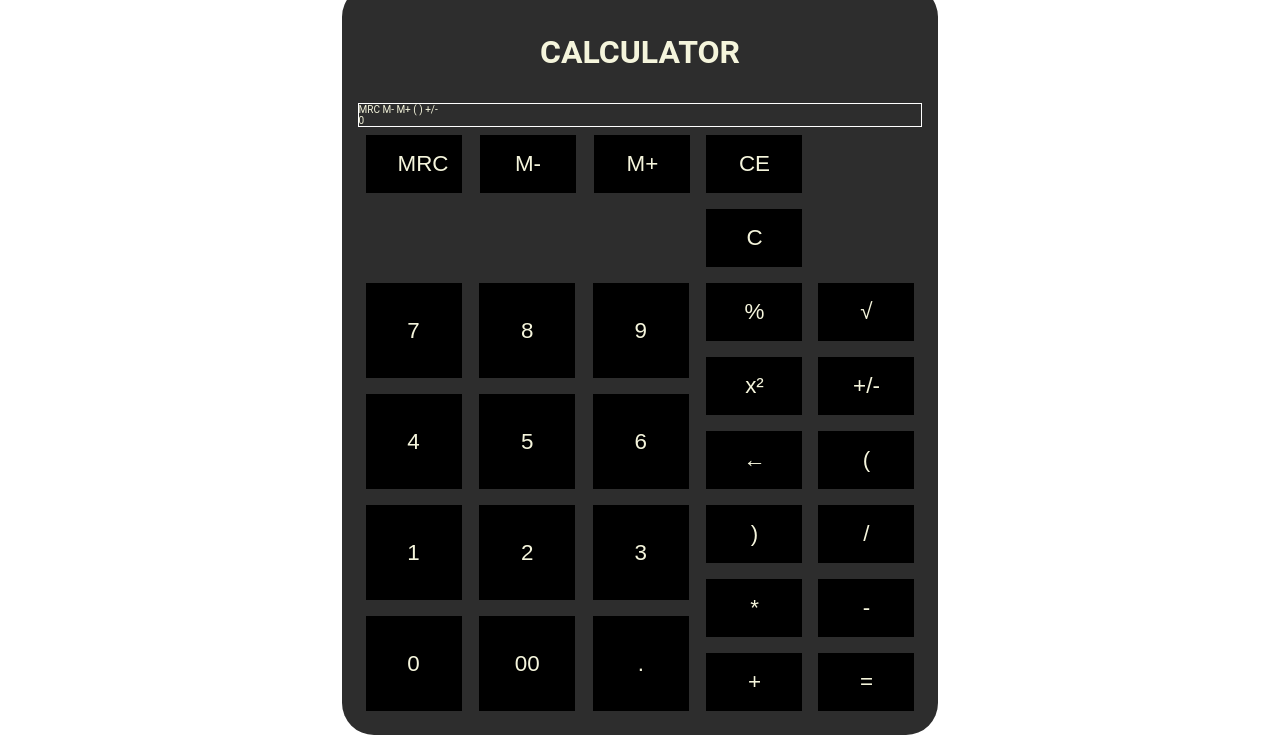
Repository: Denis793/CalculatorNew
Page: index.html
These files come from the project's save history. The page is drawn as it stood at one moment and after the next save; the edit follows.
The browser window is 1280 px wide. The pictures show the whole page.
The style sheet was rebuilt from its Sass, Less or Tailwind sources for each picture, by a compiler version that may differ from the author's.

Above is the page before, as saved 2025-05-17 18:15:47.

### index.html
<!DOCTYPE html>
<html lang="en">
  <head>
    <meta charset="UTF-8" />
    <meta name="viewport" content="width=device-width, initial-scale=1.0" />
    <title>Calculator</title>
    <link rel="stylesheet" href="./app/style/css/main.css" />
  </head>
  <body>
    <div class="calculatorContainer">
      <h1>Calculator</h1>

      <div class="display">
        <div class="indicators">
          <span class="indicator" data-key="MRC">MRC</span>
          <span class="indicator" data-key="M-">M-</span>
          <span class="indicator" data-key="M+">M+</span>
          <span class="indicator" data-key="()">( )</span>
          <span class="indicator" data-key="+/-">+/-</span>
        </div>

        <ul id="historyList"></ul>

        <div class="previous"></div>
        <div class="current"></div>
      </div>

      <div class="keypad">
        <div class="memoryBtn">
          <button class="button">MRC</button>
          <button class="button">M-</button>
          <button class="button">M+</button>
        </div>

        <div class="cleanBtn">
          <button class="button">CE</button>
          <button class="button ac">C</button>
        </div>

        <div class="numbersBtn">
          <button class="button">7</button>
          <button class="button">8</button>
          <button class="button">9</button>

          <button class="button">4</button>
          <button class="button">5</button>
          <button class="button">6</button>

          <button class="button">1</button>
          <button class="button">2</button>
          <button class="button">3</button>

          <button class="button">0</button>
          <button class="button">00</button>
          <button class="button">.</button>
        </div>

        <div class="operationsBtn">
          <button class="button">%</button>
          <button class="button">√</button>
          <button class="button">x²</button>
          <button class="button">+/-</button>
          <button class="button">←</button>
          <button class="button">(</button>
          <button class="button">)</button>
          <button class="button">/</button>
          <button class="button">*</button>
          <button class="button">-</button>
          <button class="button plus">+</button>
          <button class="button">=</button>
        </div>
      </div>
    </div>
    <script type="module" src="./app/js/main.js"></script>
  </body>
</html>

### app/js/main.js
import { initializeCalculator } from './state.js';
import './memory.js';
import './operations.js';
import './equals.js';
import './formatter.js';
import './history.js';
import './inputHandler.js';

initializeCalculator();

### app/js/state.js
import { handleMemory } from './memory.js';
import { handleOperations } from './operations.js';
import { handleEquals } from './equals.js';
import { handleInput } from './inputHandler.js';

export const state = {
  expression: '',
  memory: 0,
  memoryLog: [],
  memoryActive: false,

  finish: false,
  lastOperator: '',
  lastOperand: '',
  history: [],
  MAX_LENGTH: 12,
  displayPrev: document.querySelector('.previous'),
  displayCurr: document.querySelector('.current'),
  buttons: document.querySelector('.keypad'),
  historyList: document.getElementById('historyList'),
  lastFunction: '',
  parenthesesCount: 0,
};

export function clearAll() {
  state.expression = '';
  state.finish = false;
  state.lastOperator = '';
  state.lastOperand = '';
  state.lastFunction = '';
  state.parenthesesCount = 0;
  state.displayCurr.textContent = '0';
  state.displayPrev.textContent = '';
  state.historyList.innerHTML = '';
  state.history = [];
  state.memoryActive = false;

  document.querySelectorAll('.button').forEach((btn) => btn.classList.remove('active-operator'));
  document.querySelectorAll('.indicator').forEach((i) => i.classList.remove('active'));
}

export function initializeCalculator() {
  clearAll();

  document.querySelector('.ac').addEventListener('click', clearAll);

  state.buttons.addEventListener('click', (e) => {
    const btn = e.target;
    if (!btn.classList.contains('button')) return;

    const key = btn.textContent;

    const specialKeys = ['MRC', 'M-', 'M+', '+/-', '√'];
    if (specialKeys.includes(key)) {
      document.querySelectorAll('.indicator').forEach((i) => {
        const keep = i.dataset.key === '()' && state.parenthesesCount > 0;
        if (!keep) i.classList.remove('active');
      });
      const indicator = document.querySelector(`.indicator[data-key="${key}"]`);
      if (indicator) indicator.classList.add('active');
    }

    if (handleMemory(key)) return;
    if (handleOperations(key)) return;
    if (handleEquals(key)) return;
    if (handleInput(key)) return;
  });
}

### app/js/memory.js
import { state } from './state.js';
import { formatExpression } from './formatter.js';

export function handleMemory(key) {
  if (!state.memoryLog) state.memoryLog = [];

  if (key === 'MRC') {
    const indicator = document.querySelector('.indicator[data-key="MRC"]');
    if (state.memoryActive) {
      state.memoryActive = false;
      if (indicator) indicator.classList.remove('active');
    } else {
      state.displayCurr.textContent = formatExpression(state.memory.toString());
      state.expression = state.memory.toString();
      state.finish = false;
      state.memoryActive = true;
      if (indicator) indicator.classList.add('active');
    }
    return true;
  }

  if (key === 'M+') {
    const value = parseFloat(state.displayCurr.textContent.replace(/\s/g, '')) || 0;
    state.memory += value;
    state.memoryLog.push(`+${value}`);
    if (state.memoryLog.length > 5) state.memoryLog.shift();
    state.memoryActive = true;
    const indicator = document.querySelector('.indicator[data-key="MRC"]');
    if (indicator) indicator.classList.add('active');
    return true;
  }

  if (key === 'M-') {
    const value = parseFloat(state.displayCurr.textContent.replace(/\s/g, '')) || 0;
    state.memory -= value;
    state.memoryLog.push(`-${value}`);
    if (state.memoryLog.length > 5) state.memoryLog.shift();
    state.memoryActive = true;
    const indicator = document.querySelector('.indicator[data-key="MRC"]');
    if (indicator) indicator.classList.add('active');
    return true;
  }

  return false;
}

### app/js/operations.js
import { state, clearAll } from './state.js';
import { formatExpression } from './formatter.js';

export function handleOperations(key) {
  if (key === '+/-') {
    if (state.displayCurr.textContent === '0') return true;
    if (state.finish) {
      state.expression = (-parseFloat(state.displayCurr.textContent.replace(/\s/g, ''))).toString();
      state.finish = false;
    } else {
      const match = state.expression.match(/(-?\d+\.?\d*)$/);
      if (match) {
        const num = match[0];
        const inverted = (-parseFloat(num)).toString();
        state.expression = state.expression.slice(0, -num.length) + inverted;
      } else {
        state.expression = '-' + state.expression;
      }
    }
    state.displayCurr.textContent = formatExpression(state.expression);
    return true;
  }

  if (key === '←') {
    if (state.finish) return true;
    state.expression = state.expression.slice(0, -1);
    state.displayCurr.textContent = formatExpression(state.expression) || '0';
    return true;
  }

  if (key === '%') {
    state.expression += '/100';
    state.displayCurr.textContent = formatExpression(state.expression);
    return true;
  }

  if (key === '√') {
    if (state.expression === '') return true;
    const original = state.expression;
    const result = Math.sqrt(eval(original));
    const visible = `√${original}`;
    state.expression = result.toString();
    state.displayCurr.textContent = formatExpression(state.expression);
    state.displayPrev.textContent = visible;
    state.lastFunction = 'sqrt';
    state.lastOperator = '';
    state.lastOperand = '';
    state.finish = true;
    const indicator = document.querySelector(`.indicator[data-key="√"]`);
    if (indicator) indicator.classList.add('active');
    return true;
  }

  if (key === '(') {
    const lastChar = state.expression.slice(-1);
    if (/\d|\)/.test(lastChar)) return true;

    if (state.finish) {
      state.expression = '';
      state.finish = false;
    }

    state.expression += key;
    state.displayCurr.textContent = formatExpression(state.expression);
    state.parenthesesCount++;

    const indicator = document.querySelector('.indicator[data-key="()"]');
    if (indicator) indicator.classList.add('active');

    return true;
  }

  if (key === ')') {
    if (state.finish) {
      state.expression = '';
      state.finish = false;
    }
    state.expression += key;
    state.displayCurr.textContent = formatExpression(state.expression);
    if (state.parenthesesCount > 0) {
      state.parenthesesCount--;
      if (state.parenthesesCount === 0) {
        const indicator = document.querySelector(`.indicator[data-key="()"]`);
        if (indicator) indicator.classList.remove('active');
      }
    }
    return true;
  }

  if (key === 'x²') {
    const value = eval(state.expression || '0');
    const result = value ** 2;
    const visible = `${value}²`;
    state.expression = result.toString();
    state.displayCurr.textContent = formatExpression(state.expression);
    state.displayPrev.textContent = visible;
    state.lastFunction = 'square';
    state.lastOperator = '';
    state.lastOperand = '';
    state.finish = true;
    return true;
  }

  if (key === 'CE') {
    const match = state.expression.match(/.*?(?:[+\-*/(]|^)([\d.]+)$/);
    if (match) {
      state.expression = state.expression.slice(0, -match[1].length);
    } else {
      state.expression = '';
    }
    state.lastFunction = '';
    state.displayCurr.textContent = formatExpression(state.expression) || '0';
    document.querySelectorAll('.indicator').forEach((i) => i.classList.remove('active'));
    return true;
  }

  if (key === 'C') {
    clearAll();
    return true;
  }

  return false;
}

### app/js/equals.js
import { state } from './state.js';
import { formatExpression } from './formatter.js';
import { addToHistory } from './history.js';

export function handleEquals(key) {
  if (key !== '=') return false;

  try {
    const open = (state.expression.match(/\(/g) || []).length;
    const close = (state.expression.match(/\)/g) || []).length;
    if (open !== close) return true;

    if (!state.finish) {
      const result = eval(state.expression);
      const match = state.expression.match(/(.+)([+\-*/])\s*(-?\d+\.?\d*)$/);

      if (match) {
        state.lastOperator = match[2];
        state.lastOperand = match[3];
      } else {
        state.lastOperator = '';
        state.lastOperand = '';
      }

      const visible = state.displayPrev.textContent || state.expression;

      state.displayCurr.textContent = formatExpression(result.toString());
      state.expression = result.toString();
      state.finish = true;
      state.displayPrev.textContent = '';

      const containsOperator = /[+\-*/()]|Math\.sqrt|%/.test(visible);
      const isSame = visible.replace(/\s/g, '') === result.toString();

      if (containsOperator && !isSame) {
        addToHistory(`${visible} = ${result}`);
      }
    } else if (state.lastFunction === 'sqrt' && state.finish) {
      const value = parseFloat(state.expression);
      const result = Math.sqrt(value);
      const visible = `√${value}`;
      state.displayCurr.textContent = formatExpression(result.toString());
      state.expression = result.toString();
      state.displayPrev.textContent = visible;
      addToHistory(`${visible} = ${result}`);
      return true;
    } else if (state.lastOperator && state.lastOperand) {
      state.expression = `${state.expression}${state.lastOperator}${state.lastOperand}`;
      const result = eval(state.expression);
      state.displayCurr.textContent = formatExpression(result.toString());
      state.expression = result.toString();
      addToHistory(`${state.expression} = ${result}`);
    }
  } catch {
    return true;
  }

  return true;
}

### app/js/formatter.js
export function formatExpression(expression) {
  return expression.replace(/\d+/g, (match) => {
    return Number(match).toLocaleString('en-US').replace(/,/g, ' ');
  });
}

### app/js/history.js
import { state } from './state.js';

export function addToHistory(item) {
  state.history.push(item);
  if (state.history.length > 3) state.history.shift();

  state.historyList.innerHTML = '';
  state.history.forEach((entry) => {
    const li = document.createElement('li');
    li.textContent = entry;
    state.historyList.appendChild(li);
  });
}

### app/js/inputHandler.js
import { state } from './state.js';
import { formatExpression } from './formatter.js';

export function handleInput(key) {
  const allowed = ['0', '1', '2', '3', '4', '5', '6', '7', '8', '9', '.', '+', '-', '*', '/', '00'];
  if (!allowed.includes(key)) return false;

  if (state.finish) {
    if (!isNaN(key) || key === '(') state.expression = '';
    state.finish = false;
  }

  const digitsOnly = state.expression.replace(/\D/g, '');
  if (digitsOnly.length >= state.MAX_LENGTH) return true;

  if (state.displayCurr.textContent === '0' && !isNaN(key)) {
    state.expression = key;
  } else {
    state.expression += key;
  }

  state.displayCurr.textContent = formatExpression(state.expression);
  return true;
}

### app/style/scss/main.scss
@use 'reset' as *;

.calculatorContainer {
  display: flex;
  flex-direction: column;
  align-items: center;
  background: #2d2d2d;
  border-radius: 2rem;
  padding: 1rem;
}

h1 {
  font-size: 2rem;
  text-transform: uppercase;
  margin: 2rem;
}

.display {
  width: 100%;
  border: 1px solid #fff;
}

button {
  width: 6rem;
  padding: 1rem 2rem;
  text-align: center;
  margin: 0.5rem;
  border: none;
  background: #000;
  font-size: 1.4rem;
}

.keypad {
  display: grid;
  grid-template-areas:
    'memoryBtn cleanBtn'
    'operationsBtn numbersBtn';
  grid-template-columns: repeat(1, 1fr);
}

.memoryBtn {
  grid-area: 'memoryBtn';
  grid-template-columns: repeat(2, 1fr);
  grid-template-rows: 1fr;
}

.cleanBtn {
  display: grid;
  grid-area: 'cleanBtn';
}

.numbersBtn {
  display: grid;
  grid-area: 'numbersBtn';
  grid-template-columns: repeat(3, 1fr);
}

.operationsBtn {
  display: grid;
  grid-template-columns: repeat(2, 1fr);
  grid-area: 'operationsBtn';
}

### app/style/scss/_reset.scss
* {
  margin: 0;
  padding: 0;
  box-sizing: border-box;
  color: beige;
}

body {
  font-family: 'Roboto', sans-serif;
  font-size: 10px;
  height: 100vh;
  display: flex;
  justify-content: center;
  align-items: center;
}

After the next save:
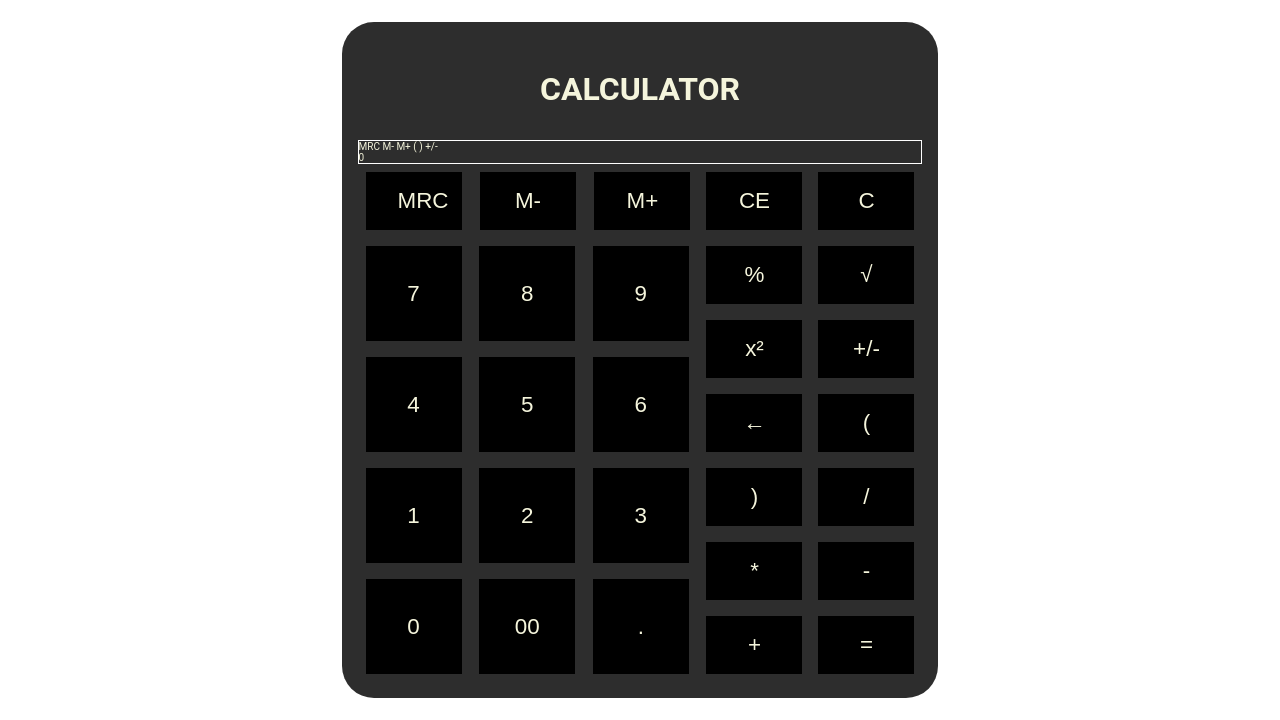
Saved 25 s later.
--- a/app/style/scss/main.scss
+++ b/app/style/scss/main.scss
@@ -46,6 +46,7 @@ button {
 
 .cleanBtn {
   display: grid;
+  grid-template-columns: repeat(2, 1fr);
   grid-area: 'cleanBtn';
 }
 
